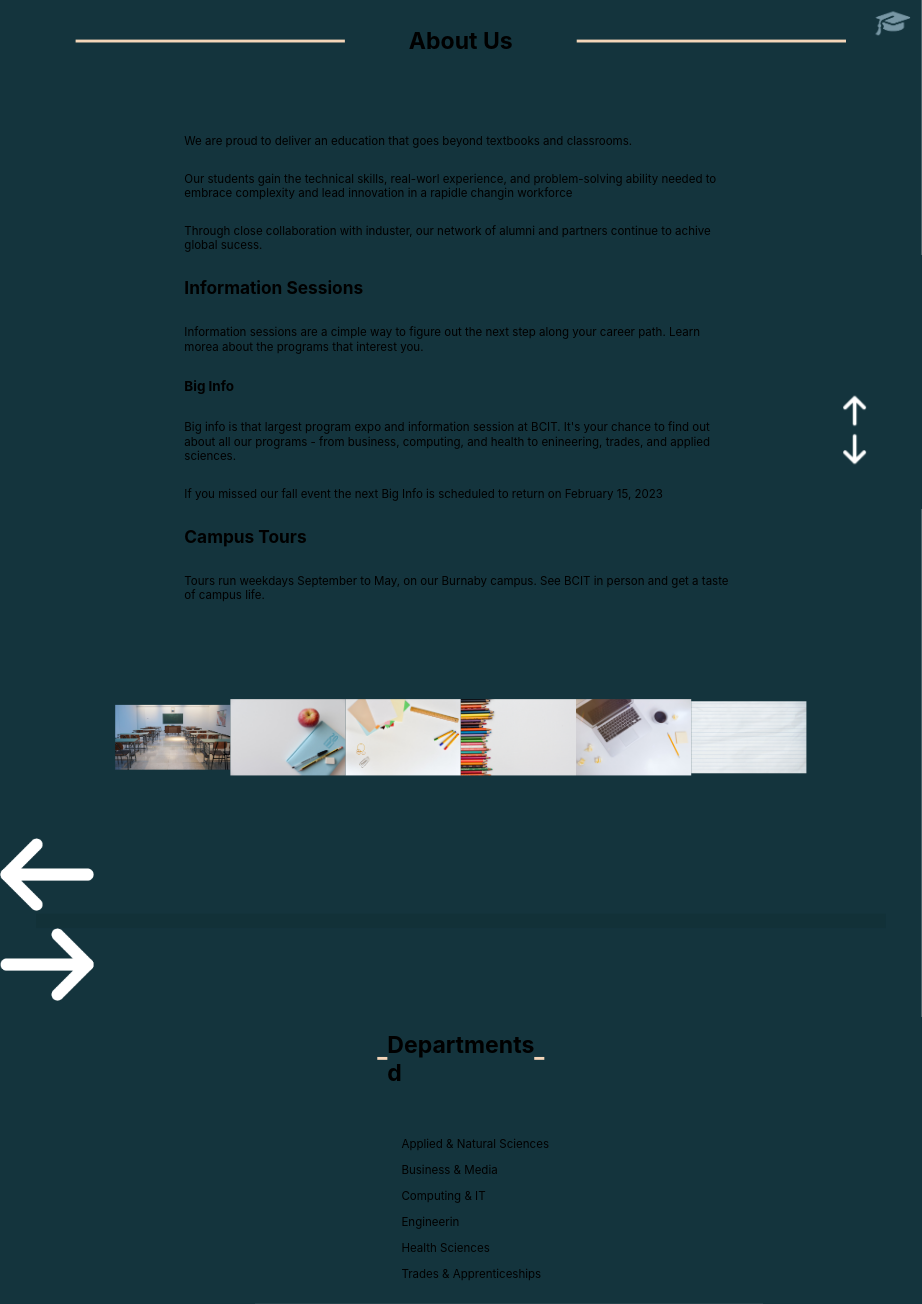
Repository: SaraShio/A01314209_Sara_Shiojima
Page: /about
The author's editor kept a copy of each file at every save. The page is drawn from the files as they stood at one save, then again after a run of saves.
The browser window is 1280 px wide. The pictures show the whole page, at 72% of full size.
The project was rebuilt for these pictures with package versions that can differ from the ones it lists, and the page was loaded fresh each time. The framework's server and built-in components were replaced by stand-ins that run in the browser. Also part of the build but not shown: next.config.js.

Above is the page before, as saved 2023-02-08 22:12:44.

### pages/_app.js
import '../styles/globals.css'
import '../styles/variables.css'


function MyApp({ Component, pageProps }) {
  return <Component {...pageProps} />
}

export default MyApp

### pages/about.js
import Head from 'next/head'
import Image from 'next/image'
import styles from '../styles/About.module.css'
import Link from 'next/link'
import Arrow from '../components/Arrow'
import Navbar from '../components/Navbar'

export default function About() {
    return (
        <>
            <head>
                <title>About Us</title>
                <meta name="author" content="MDIA 2109" />
                <meta property="og:title" content="Assignment #1 - About Us Page" />
                <meta property="og:description" content="BCIT Digital Design and Development Diploma" />
                <link rel="icon" href='/favicon.png' />
            </head>

            <main className={styles.main}>
                <Navbar/>
                <header>
                    <div className={styles.header}>
                        <hr className={styles.line}></hr>
                        <h1>About Us</h1>
                        <hr className={styles.line}></hr>
                    </div>
                </header>
                <div className={styles.information}>
                    <div><p>We are proud to deliver an education that goes beyond textbooks and classrooms.</p></div>
                    <div><p>Our students gain the technical skills, real-worl experience, and problem-solving ability needed to embrace complexity and lead innovation in a rapidle changin workforce</p></div>
                    <div><p>Through close collaboration with induster, our network of alumni and partners continue to achive global sucess. </p></div>

                    <div><h2  >Information Sessions</h2></div>
                    <div><p>Information sessions are a cimple way to figure out the next step along your career path. Learn morea about the programs that interest you.</p></div>
                    <div><h3  >Big Info</h3></div>
                    <div><p>Big info is that largest program expo and information session at BCIT. It's  your chance to find out about all our programs - from business, computing, and health to enineering, trades, and applied sciences.</p></div>
                    <div><p  >If you missed our fall event the next Big Info is scheduled to return on February 15, 2023</p></div>
                    <div><h2  >Campus Tours</h2></div>

                    <div><p>Tours run weekdays September to May, on our Burnaby campus. See BCIT in person and get a taste of campus life.</p></div>
                </div>

                <div id="carouselImage" className={styles.carouselImage}>
                    <img className={styles.carousel} src={"carousel-images/0.jpg"} />
                    <img className={styles.carousel} src={"carousel-images/1.jpg"} />
                    <img className={styles.carousel} src={"carousel-images/2.jpg"} />
                    <img className={styles.carousel} src={"carousel-images/3.jpg"} />
                    <img className={styles.carousel} src={"carousel-images/4.jpg"} />
                    <img className={styles.carousel} src={"carousel-images/5.jpg"} />
                </div>

                <div>
                    <img src={'icons/leftArrow.png'} />
                    <div id="testOnImageHere" className={styles.testOnImageHere}></div>
                    <img src={'icons/rightArrow.png'} />
                </div>


                <div className={styles.departments}>
                <div className={styles.header}>
                        <hr className={styles.line}></hr>
                        <h1>Departments d</h1>
                        <hr className={styles.line}></hr>
                    </div>
                    <ul className={styles.departmentName}>
                        <li>Applied & Natural Sciences</li>
                        <li>Business & Media</li>
                        <li>Computing & IT</li>
                        <li>Engineerin</li>
                        <li>Health Sciences</li>
                        <li>Trades & Apprenticeships</li>
                    </ul>
                </div>
                <Arrow page="About" />

            </main>
        </>
    )
}

### styles/variables.css
:root{
    --primary-color: #fff;
    --beige: #f4d6b9;
    --ternary-color: #7796A4;
    --teal: #14343d;
    --quinary-color: rgba(16,46,53,0.5);
    }

### styles/About.module.css
.main{
    background-color: var(--teal);
}

.carouselImage{
    height: 200px;
    background-repeat: no-repeat;
    background-size: cover;
    display: flex;
    justify-content: center;
    align-items: center;
    margin: 40px 0px;
}

.carousel{
width: 10rem;
}

.testOnImageHere{
    background-color: rgba(16, 46, 53, 0.5);
    padding: 10px;
    margin: 0px 50px;
}

.header{
display: flex;
justify-content: center;
align-items: center;
margin: 1rem 1rem
}

.line{
    width: 30%;
    height: 0.25rem;
    background-color: var(--beige);
    border: none;
}

.information{
    margin: 10vh 20vw;
    display: flex;
    justify-content: center;
    flex-direction: column;
}


.departments{
    display: flex;
    flex-direction: column;
    align-items: center;
    justify-content: center;
}

.departmentName>li{
    list-style: none;
    margin: 1rem;
}

### components/Arrow/index.js
import styles from './Arrow.module.css'

export default function Arrow({
    page = "home",
}) {
    return (

        page.toLowerCase() === "home" ?
            <div className={styles.arrow}><a><span><img src={'icons/downwardArrow.png'} /></span></a>
            </div> :
            page.toLowerCase() === "about" ?
                <div className={styles.arrow}><a><span><img src={'icons/upwardArrow.png'} /></span></a>
                    <a><span><img src={'icons/downwardArrow.png'} /></span></a>
                </div> :
                page.toLowerCase() === "contact" ?
                    <div className={styles.arrow}><a href="/about"><span><img src={'icons/upwardArrow.png'} /></span></a>
                    </div> :
                    <div className={styles.arrow}><a href="/"><span><img src={'icons/downwardArrow.png'} /></span></a>
                    </div>
    )
}

### components/Navbar/index.js
import styles from './Navbar.module.css'


export default function Navbar() {

    return (
        <>
            <nav className={styles.navbar}>
                <img className={styles.nav_icon} src={'icons/graduation-hat.png'}></img>
            </nav>
        </>
    )
}

### components/Arrow/Arrow.module.css
.arrow{
    bottom:10vh;
    right: 6vw;
    display: flex;
    flex-direction: column;
    position: fixed;
    gap: 0.5rem;
}


.arrow > a > span > img{
    width: 2rem;
}

### components/Navbar/Navbar.module.css
.navbar{
    display: flex;
    position: relative;
}

.nav_icon{
    width: 3rem;
    top: 1rem;
    right: 1rem;
    position: absolute;
}

Loaded but not shown: styles/globals.css (common file)

After the next 5 saves:
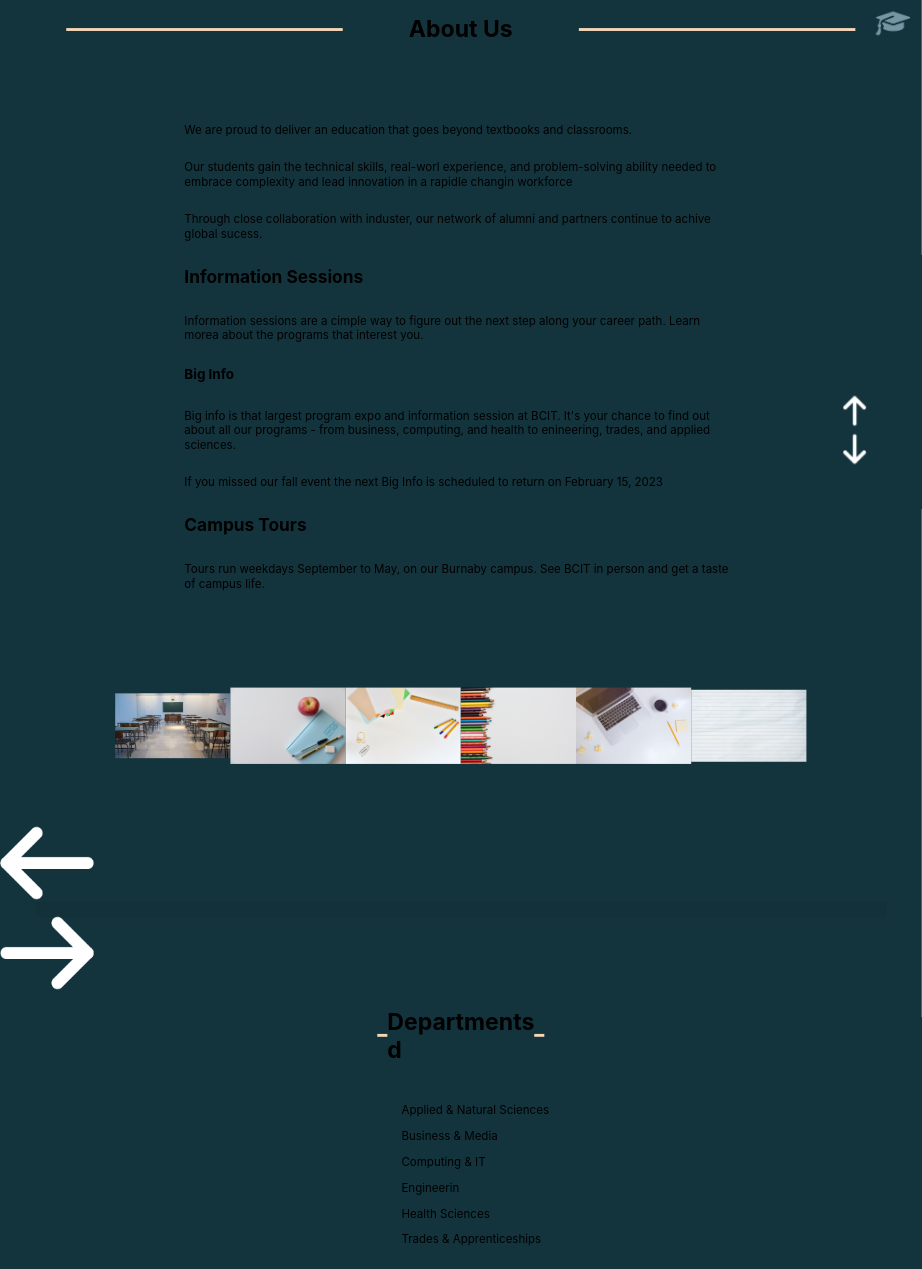
The 5 saves are shown as one change because they came seconds apart.
The last was saved 46 s later.
--- a/styles/About.module.css
+++ b/styles/About.module.css
@@ -26,8 +26,13 @@
 display: flex;
 justify-content: center;
 align-items: center;
-margin: 1rem 1rem
 }
+
+.department_header{
+    display: flex;
+    justify-content: center;
+    align-items: center;
+    }
 
 .line{
     width: 30%;
